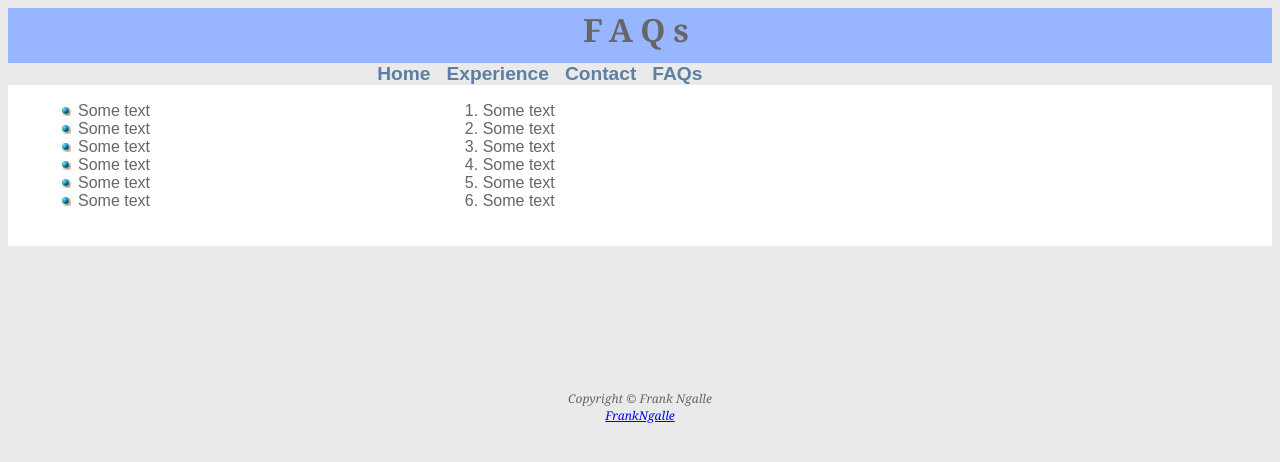
Repository: FNTech126/fntech126.github.io
Page: faqs.html
The author's editor kept a copy of each file at every save. The page is drawn from the files as they stood at one save, then again after the next save.
The browser window is 1280 px wide. The pictures show the whole page.

Above is the page before, as saved 2022-10-16 17:32:09.

After the next save:
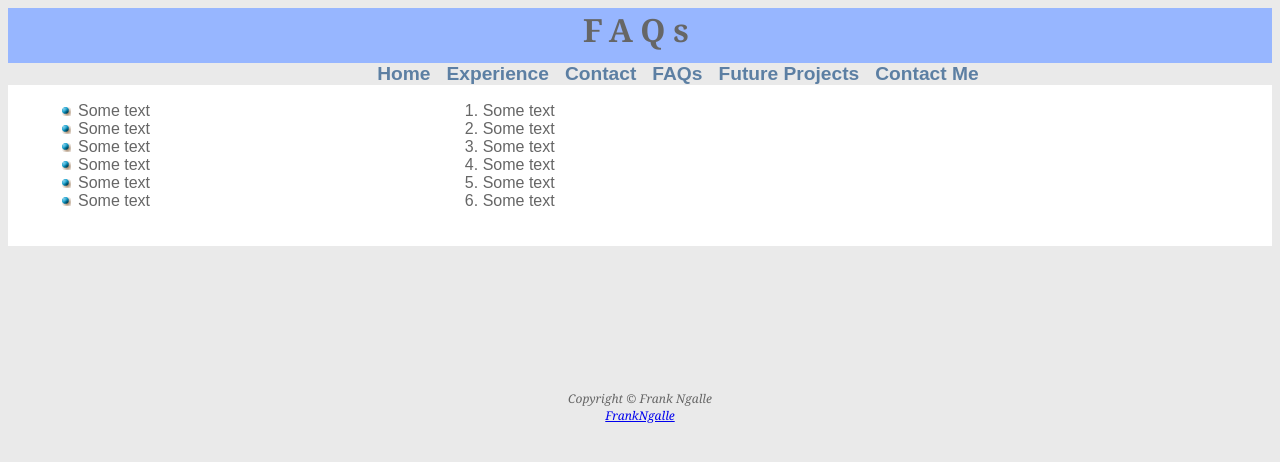
Saved 2 s later.
--- a/faqs.html
+++ b/faqs.html
@@ -15,12 +15,13 @@
             <header><h1>FAQs</h1></header>
 
             <nav>
-
-                <a href="index.html">Home<b></b></a> &nbsp;
-                <a href="experience.html">Experience</a> &nbsp;
-                <a href="contact.html">Contact</a> &nbsp;
-                <a href="faqs.html">FAQs</a> &nbsp;
-            </nav>
+              <a href="index.html">Home<b></b></a> &nbsp;
+              <a href="experience.html">Experience</a> &nbsp;
+              <a href="contact.html">Contact</a> &nbsp;
+              <a href="faqs.html">FAQs</a> &nbsp;
+              <a href="futureprojects.html">Future Projects</a> &nbsp;
+              <a href="contactme.html">Contact Me</a> &nbsp;
+          </nav>
             <main>
                 <style><!-- style is not allowed so delete the whole element -->
                     ul {
